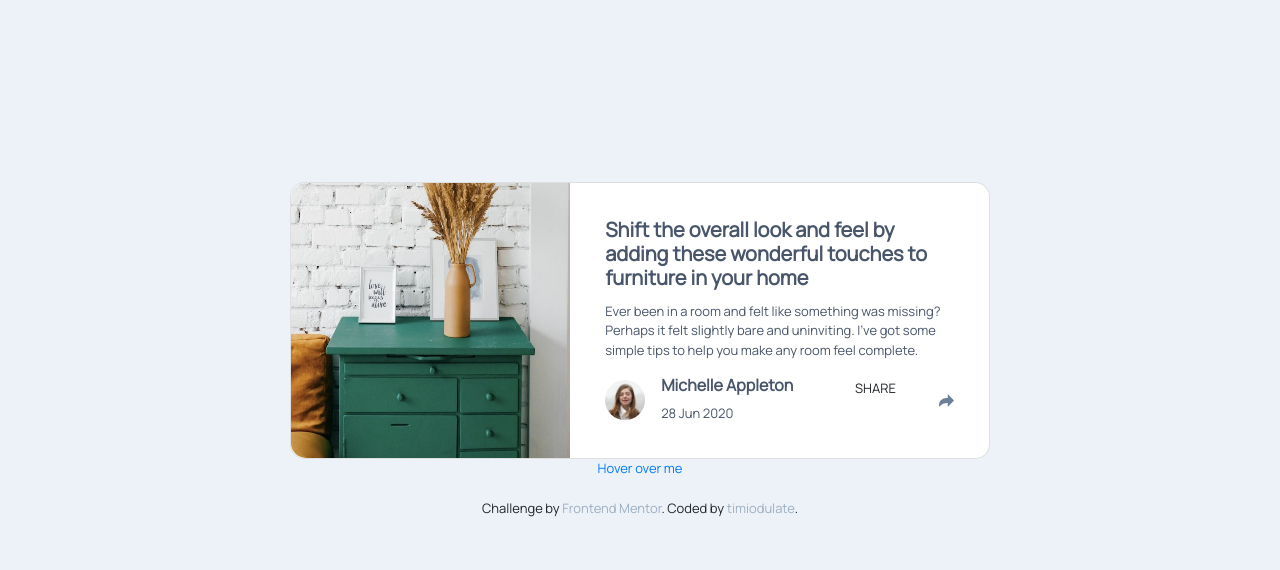
Repository: timiodulate/Article-Preview-Component
Page: index.html
The author's editor kept a copy of each file at every save. The page is drawn from the files as they stood at one save, then again after a run of saves.
The browser window is 1280 px wide. The pictures show the whole page.

Above is the page before, as saved 2020-07-11 13:52:23.
Console error: SyntaxError: Unexpected identifier 'html'

### index.html
<!DOCTYPE html>
<html lang="en">
<head>
  <meta charset="UTF-8">
  <meta name="viewport" content="width=device-width, initial-scale=1.0"> <!-- displays site properly based on user's device -->

  <link rel="icon" type="image/png" sizes="32x32" href="./images/favicon-32x32.png">

  <!-- Bootstrap -->
  <link rel="stylesheet" href="./css/bootstrap.min.css">

  <!-- Custom Style -->
  <link rel="stylesheet" href="./css/style.css">

  <title>Frontend Mentor | Article preview component</title>
</head>
<body>

  <div class="container-fluid d-flex flex-column justify-content-center align-items-center p-30">

    <div class="card">

      <img src="./images/drawers.jpg" alt="drawers" class="card-img-top img-fluid" >

      <div class="card-body">
        <h5 class="card-title">
          Shift the overall look and feel by adding these wonderful
          touches to furniture in your home
        </h5>
        <p class="card-text">
          Ever been in a room and felt like something was missing? Perhaps
          it felt slightly bare and uninviting. I’ve got some simple tips
          to help you make any room feel complete.
        </p>

        <div class="userDetails d-flex justify-content-between align-items-center">

          <div class="d-flex align-items-center">

            <img src="./images/avatar-michelle.jpg" alt="avatarImage" class="rounded-circle img-fluid avatarImage mr-3">

            <div class="nameDate d-flex-column">
              <h6>
                Michelle Appleton
              </h6>
              <p class="m-0">
                28 Jun 2020
              </p>
            </div>
          </div>

          <div class="tooltipContents">
            <span>SHARE</span>
            <img src="./images/icon-facebook.svg" alt="facebooklogo">
            <img src="./images/icon-twitter.svg" alt="">
            <img src="./images/icon-pinterest.svg" alt="">
          </div>

          <div id="myTooltips">
            <a href="#" data-toggle="tooltip" title=>
              <img src="./images/icon-share.svg" alt="shareIcon">
            </a>
          </div>
        </div>
      </div>
    </div>

    <!-- HTML to write -->
  <a href="#" data-toggle="toolti" title="Some tooltip tex!">Hover over me</a>

  <!-- Generated markup by the plugin -->
  <div class="tooltip bs-tooltip-top" role="tooltip">
    <div class="arrow"></div>
    <div class="tooltip-inner">
      Some tooltip text!
    </div>
</div>
  </div>
  <div class="attribution">
    Challenge by <a href="https://www.frontendmentor.io?ref=challenge" target="_blank">Frontend Mentor</a>.
    Coded by <a href="https://github.com/timiodulate/">timiodulate</a>.
  </div>
</body>

  <script src="https://code.jquery.com/jquery-3.5.1.slim.min.js" integrity="sha384-DfXdz2htPH0lsSSs5nCTpuj/zy4C+OGpamoFVy38MVBnE+IbbVYUew+OrCXaRkfj" crossorigin="anonymous"></script>
  <script src="./js/bootstrap.min.js"></script>
  <script src="./js/app.js"></script>
</body>
</html>

### css/style.css
@import url('http://fonts.googleapis.com/css?family=Manrope');

/* Global Resets */
* {
    padding: 0;
    margin: 0;
    box-sizing: border-box;
}

html {
    /* font-family */
    --body: Manrope;

    /* font-weight */
    --normal: 500;
    --bold: 700;

    /* color */
    --background: hsl(210, 46%, 95%);
    --header: hsl(217, 19%, 35%);

    --text: hsl(212, 23%, 69%);
    --last-section: hsl(214, 17%, 51%);
}

body {
    width: 100vw;
    height: 100vh;

    display: flex;
    flex-direction: column;
    justify-content: center;

    font-family: var(--body);
    font-size: 13px;
    /* background-image: url(../images/bg-intro-desktop.png); */
    background-color: var(--background);
    /* background-blend-mode: screen; */
}

h5, h6 {
    color: var(--header);
    font-weight: var(--bold);
}
p {
    color: var(--header);
}


.card {
    border-radius: 15px;
    width: 330px;
}
.card-img-top {
    border-radius: 15px 15px 0 0;
}
.card-body {
    padding: 35px 25px 15px;
}
.avatarImage {
    width: 16%;
}


/* Styles for custom tooltip template */
.tooltip-head{
    color: blue;
    background: #000;
    padding: 10px 10px 5px;
    border-radius: 4px 4px 0 0;
    text-align: center;
    margin-bottom: -2px; /* Hide default tooltip rounded corner from top */
}
.tooltip-head .glyphicon{
    font-size: 22px;
    vertical-align: bottom;
}
.tooltip-head h3{
    margin: 0;
    font-size: 18px;
}



.attribution {
    text-align: center;
    padding: 20px;
}
.attribution a {
    color: var(--text);
    text-decoration: none;
}



/* Media Queries - Responsiveness */
/* LG - Large Screen */
@media only screen and (min-width: 380px) {
    .card {
        display: flex;
        flex-direction: row;
        width: 700px;
    }
    .card-img-top {
        width: 40%;
        border-radius: 15px 0 0 15px;
    }
    .card-body {
        padding: 35px;
    }
}

/* MD - Medium Screen */
/* @media only screen and (max-width: 765px) {
    body {
        justify-content: initial;
	height: fit-content;
    }

    footer .footer-container {
        grid-template-columns: 1fr;
        margin-bottom: 20px;
        row-gap: 15px;
    }

    .attribution {
        font-size: .6rem;
        padding: 20px 10px;
        color: white;
    }
} */

/* SM - Small Screen */
/* @media only screen and (max-width: 576px){

} */


/* @timiodulate css template */

### js/app.js
$(document).ready(function(){
  $("#myTooltips a").tooltip({
      template : '<div class="tooltip" role="tooltip"><div class="arrow"></div><div class="tooltip-inner"></div></div>'

      // title: "<p>SHARE <img src='./images/icon-facebook.svg' alt='facebooklogo'> <img src='./images/icon-twitter.svg' alt='> <img src='./images/icon-pinterest.svg' alt='pinterestLogo'> </p>",
      html: true
  });
});

Loaded but not shown: css/bootstrap.min.css (library); js/bootstrap.min.js (library)

After the next 3 saves:
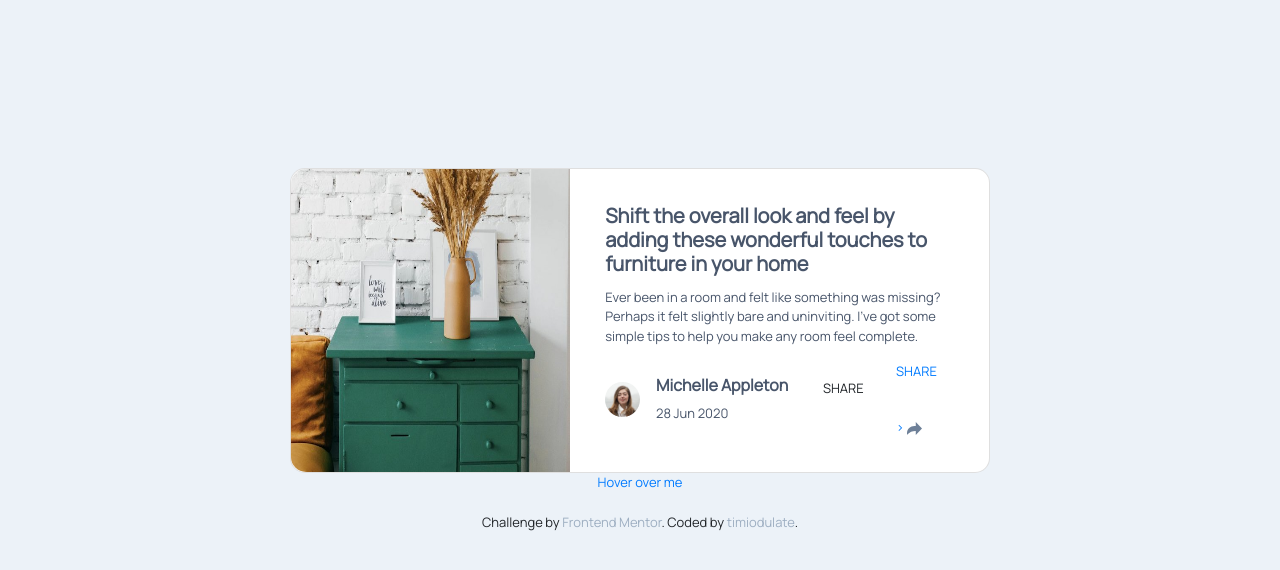
The 3 saves are shown as one change because they came seconds apart.
The last was saved 5 s later.
--- a/index.html
+++ b/index.html
@@ -57,7 +57,7 @@
           </div>
 
           <div id="myTooltips">
-            <a href="#" data-toggle="tooltip" title=>
+            <a href="#" data-toggle="tooltip" title=""<p>SHARE <img src='./images/icon-facebook.svg' alt='facebooklogo'> <img src='./images/icon-twitter.svg' alt='> <img src='./images/icon-pinterest.svg' alt='pinterestLogo'> </p>>
               <img src="./images/icon-share.svg" alt="shareIcon">
             </a>
           </div>
